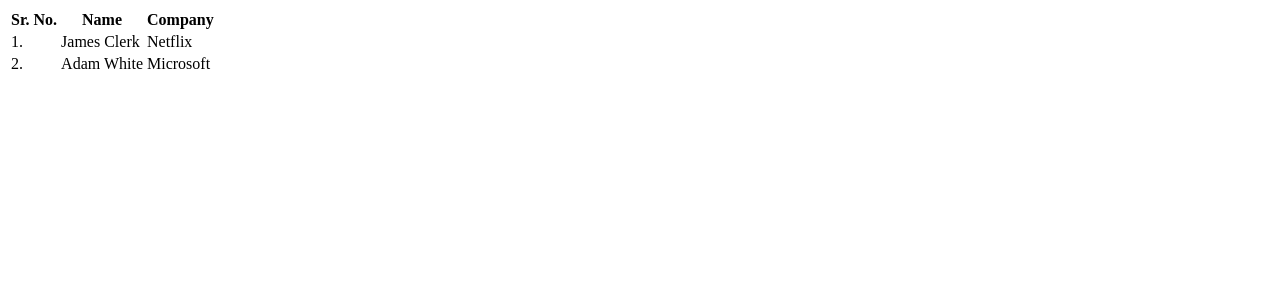
Repository: lhggiang/bangcuuchuong
Page: index.html
These files come from the project's save history. The page is drawn as it stood at one moment and after the next save; the edit follows.
The browser window is 1280 px wide. The pictures show the whole page.

Above is the page before, as saved 2023-05-19 07:24:14.

After the next save:
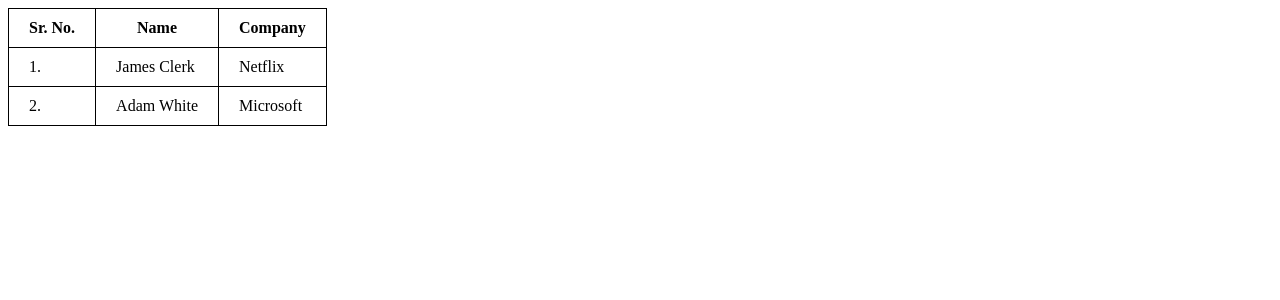
Saved 25 s later.
--- a/index.html
+++ b/index.html
@@ -6,6 +6,18 @@
     <meta http-equiv="X-UA-Compatible" content="IE=edge">
     <meta name="viewport" content="width=device-width, initial-scale=1.0">
     <title>Document</title>
+    <style>
+        table {
+            border-collapse: collapse;
+            border-spacing: 0;
+        }
+
+        th,
+        td {
+            padding: 10px 20px;
+            border: 1px solid #000;
+        }
+    </style>
 </head>
 
 <body id="body">
